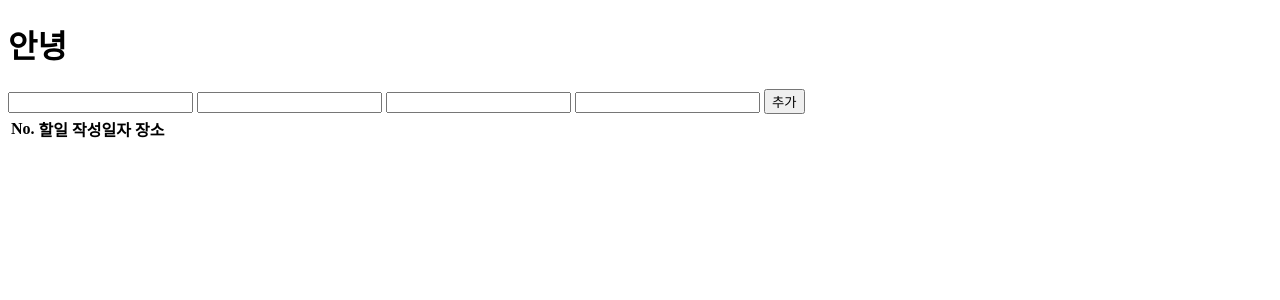
Repository: soyeon-noh/TodoList_Project
Page: http://localhost/Server_PR_TodoList/
The author's editor kept a copy of each file at every save. The page is drawn from the files as they stood at one save, then again after the next save.
The browser window is 1280 px wide. The pictures show the whole page.
The page is served by Tomcat 9. Queries for data that is not in the repository find no rows.

Above is the page before, as saved 2021-05-24 02:46:21.

After the next save:
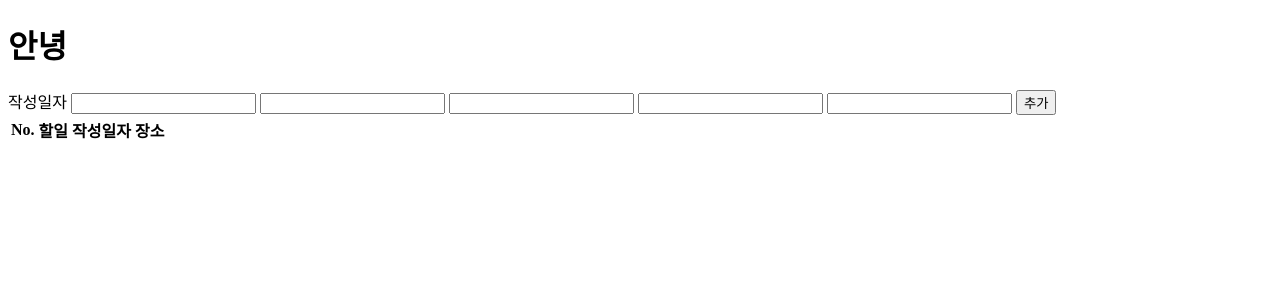
Saved 3 min 51 s later.
--- a/Server_PR_TodoList/src/main/webapp/WEB-INF/views/home.jsp
+++ b/Server_PR_TodoList/src/main/webapp/WEB-INF/views/home.jsp
@@ -13,6 +13,11 @@
   <body>
     <h1>안녕</h1>
     <form>
+    	<div>
+    		<label for="date">작성일자</label>
+    		<input type="text" name=
+
+    	</div>
       <input name="date" />
       <input name="time" />
       <input name="todo" />
